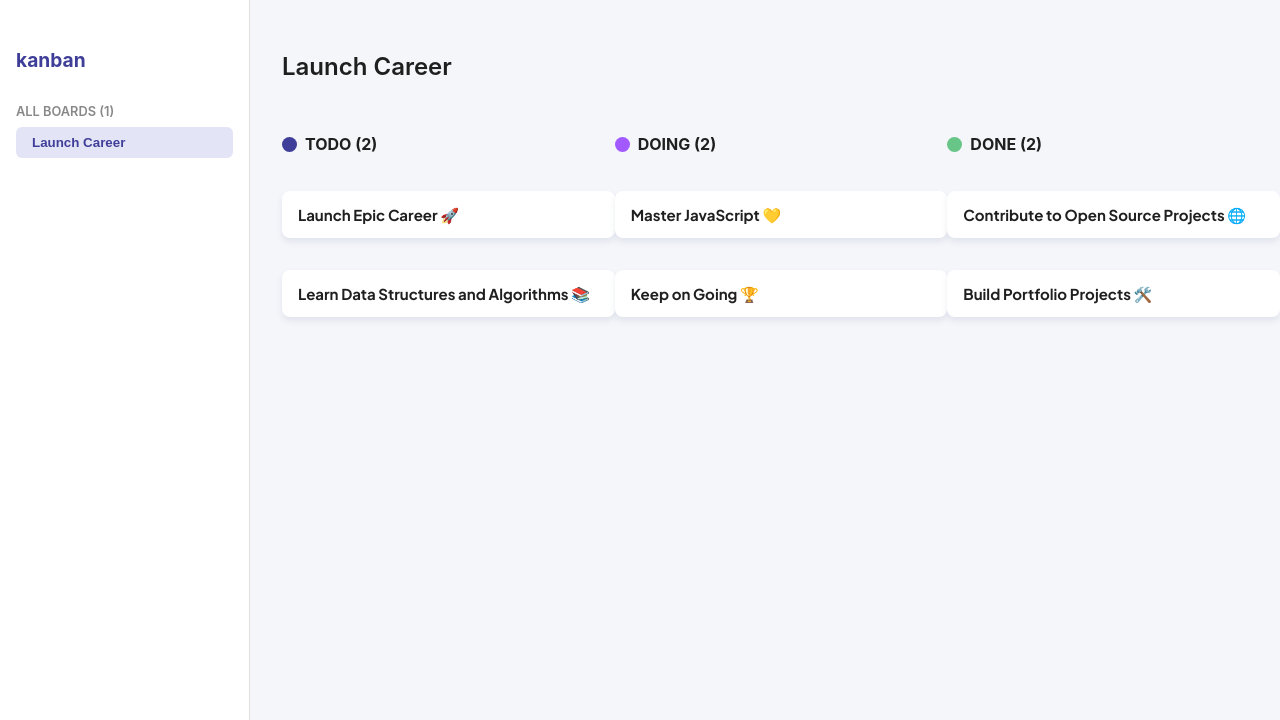
Repository: andajonas/ANDJON25111_fto2502_A2_Anda_Jonas_JSL01
Page: index.html
The author's editor kept a copy of each file at every save. The page is drawn from the files as they stood at one save, then again after a run of saves.
The browser window is 1280 px wide. The pictures show the whole page.

Above is the page before, as saved 2025-04-24 13:43:00.

### index.html
<html lang="en">
  <head>
    <meta charset="UTF-8" />
    <meta name="viewport" content="width=device-width, initial-scale=1.0" />
    <title>Kanban Board</title>
    <link rel="stylesheet" href="style.css" />
  </head>

  <body>
    <div class="kanban-container">
      <!-- Sidebar -->
      <nav class="sidebar">
        <h1> kanban</h1>
        <div class="board-list">
          <h4>ALL BOARDS (1)</h4>
          <button class="board-btn">Launch Career</button>
        </div>
      </nav>

      <!-- Main Board Section -->
      <div class="main-board">
        <header>
          <h2 class="board-title">Launch Career</h2>
        </header>

        <main class="columns">
          <!-- TO DO Column -->
          <div class="column">
            <div class="column-header">
              <span class="dot todo"></span>
              <h4>TODO (2)</h4>
            </div>
            <div class="card-container">
              <div class="card">Launch Epic Career 🚀</div>
              <div class="card">Learn Data Structures and Algorithms 📚</div>
            </div>
          </div>

          <!-- DOING Column -->
          <div class="column">
            <div class="column-header">
              <span class="dot doing"></span>
              <h4>DOING (2)</h4>
            </div>
            <div class="card-container">
              <div class="card">Master JavaScript 💛</div>
              <div class="card">Keep on Going 🏆</div>
            </div>
          </div>

          <!-- DONE Column -->
          <div class="column">
            <div class="column-header">
              <span class="dot done"></span>
              <h4>DONE (2)</h4>
            </div>
            <div class="card-container">
              <div class="card">Contribute to Open Source Projects 🌐</div>
              <div class="card">Build Portfolio Projects 🛠️</div>
            </div>
          </div>
        </main>
      </div>
    </div>
  </body>
</html>

### style.css
@import url('https://fonts.googleapis.com/css2?family=Plus+Jakarta+Sans:wght@400;700&display=swap');
/* Base Styles */
body {
    margin: 0;
    font-family: 'Inter', sans-serif;
    background-color: #f5f6fa;
    color: #1f1f1f;
  }

  .kanban-container {
    display: grid;
    grid-template-columns: 250px 1fr;
    height: 100vh;
  }

  /* Sidebar */
  .sidebar {
    background-color: white;
    padding: 2rem 1rem;
    border-right: 1px solid #e0e0e0;
  }

  .sidebar h1 {
    font-size: 1.2rem;
    font-weight: 700;
    color: #3f3f99;
  }

  .board-list h4 {
    font-size: 0.8rem;
    font-weight: 600;
    color: #888;
    margin: 2rem 0 0.5rem;
  }

  .board-btn {
    background-color: #e4e4f7;
    color: #3f3f99;
    border: none;
    padding: 0.5rem 1rem;
    font-weight: 600;
    border-radius: 6px;
    cursor: pointer;
    text-align: left;
    width: 100%;
  }

  /* Main Content */
  .main-board {
    padding: 2rem;
    overflow-x: auto;
  }

  .board-title {
    font-size: 1.5rem;
    font-weight: 600;
    margin-bottom: 2rem;
  }

  /* Columns Layout */
  .columns {
    display: grid;
    grid-template-columns: repeat(3, 1fr);
    gap: 2rem;
  }

  /* Column */
  .column {
    display: flex;
    flex-direction: column;
  }

  /* Column Header */
  .column-header {
    display: flex;
    align-items: center;
    gap: 0.5rem;
    font-weight: 600;
    margin-bottom: 1rem;
  }

  .dot {
    width: 15px;
    height: 15px;
    border-radius: 50%;
  }

  .dot.todo {
    background-color: #3f3f99;
  }

  .dot.doing {
    background-color: #a259ff;
  }

  .dot.done {
    background-color: #67c587;
  }

  /* Cards */
  .card-container {
    display: flex;
    flex-direction: column;
    gap: 1rem;
  }
    .card {
      font-family: 'Plus Jakarta Sans', sans-serif;
      font-weight: 700;
      font-size: 15px;
      line-height: 1;
      padding: 1rem;
      background-color: white;
      border-radius: 8px;
      box-shadow: 0px 4px 6px rgba(54, 78, 126, 0.1);
      margin-bottom: 1rem;
      width: 100%;
      max-width: 301px;
    }

After the next 5 saves:
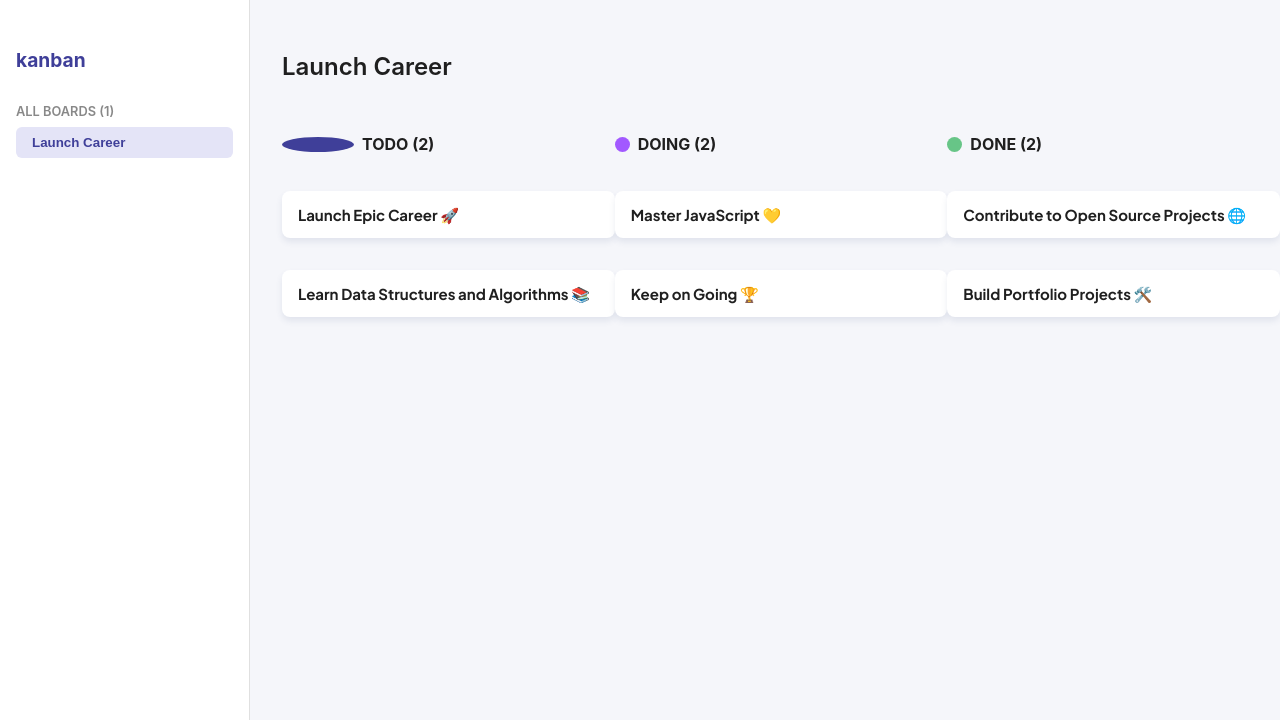
The 5 saves are shown as one change because they came seconds apart.
The last was saved 3 min 10 s later.
--- a/style.css
+++ b/style.css
@@ -87,6 +87,8 @@
 
   .dot.todo {
     background-color: #3f3f99;
+    width: 72px;
+    height: 15px;
   }
 
   .dot.doing {

After the 2 saves that followed:
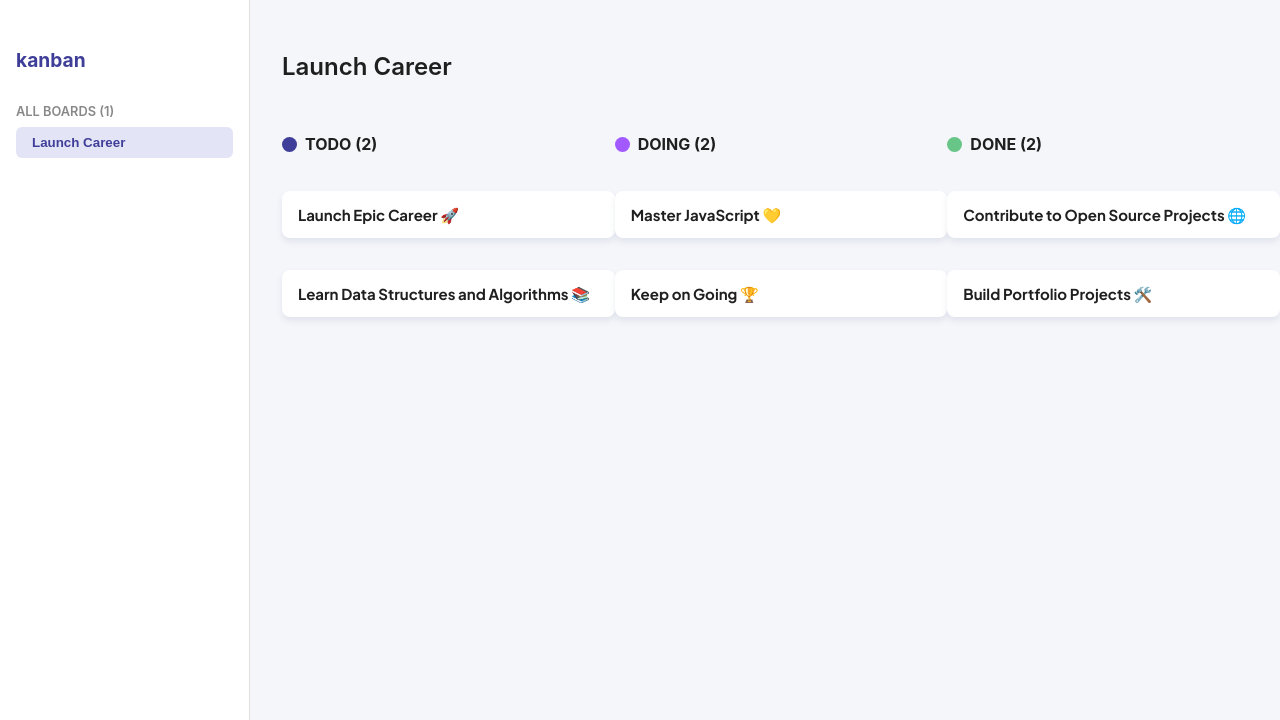
The 2 saves are shown as one change because they came seconds apart.
The last was saved 21 s later.
--- a/style.css
+++ b/style.css
@@ -87,8 +87,6 @@
 
   .dot.todo {
     background-color: #3f3f99;
-    width: 72px;
-    height: 15px;
   }
 
   .dot.doing {
